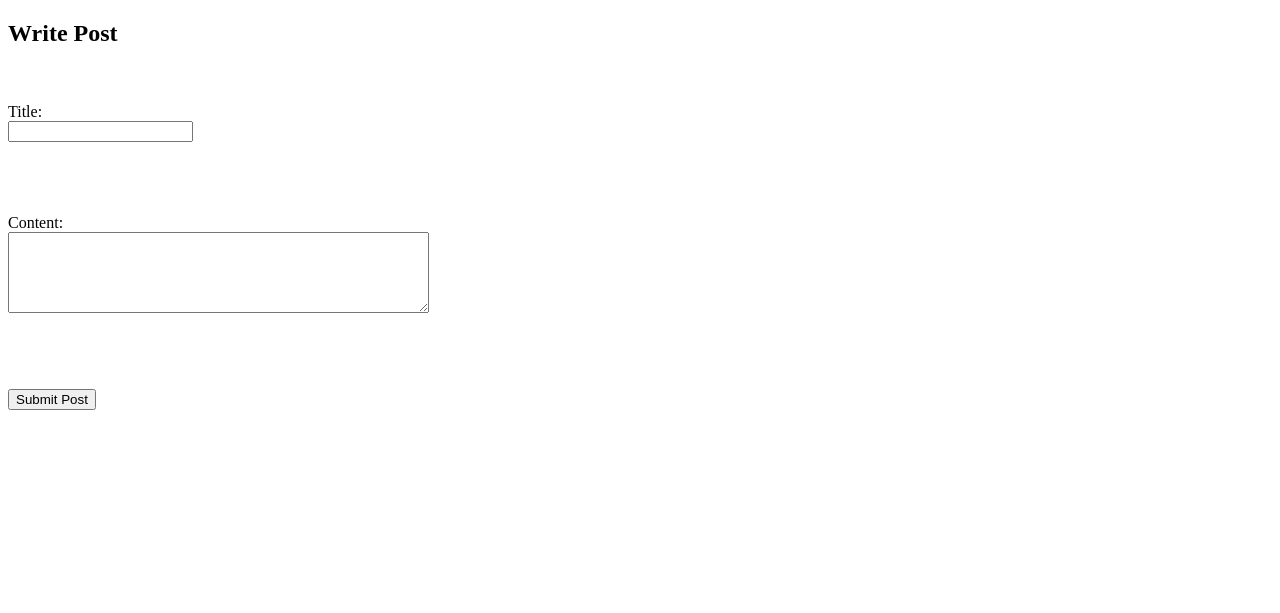
Repository: LeeKukJu/JSP-Study
Page: http://localhost/JSPBook/ch11/totaltest/boardInsert.jsp
The author's editor kept a copy of each file at every save. The page is drawn from the files as they stood at one save, then again after the next save.
The browser window is 1280 px wide. The pictures show the whole page.
The page is served by Tomcat 9. Nobody is signed in. The application's start-up code is not run.

Above is the page before, as saved 2023-02-04 01:58:51.

After the next save:
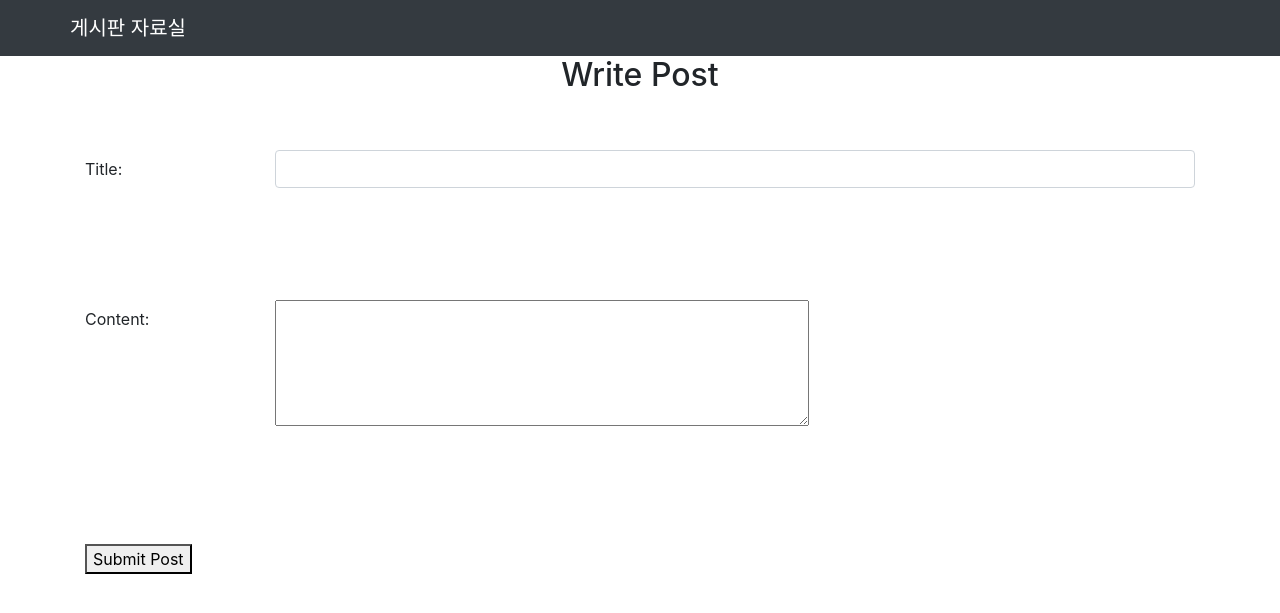
Saved 46 s later.
--- a/JSPBook/WebContent/ch11/totaltest/boardInsert.jsp
+++ b/JSPBook/WebContent/ch11/totaltest/boardInsert.jsp
@@ -16,6 +16,7 @@
 	등록이 완료되면 작성한 게시글 상세정보 페이지(boardView)로 이동해주세요.
 	이동하여 새롭게 작성된 게시글 내용으로 상세정보 페이지를 보여주세요.
  -->
+ <%@include file="./menu.jsp"%>
 
  <div class="container">
 
